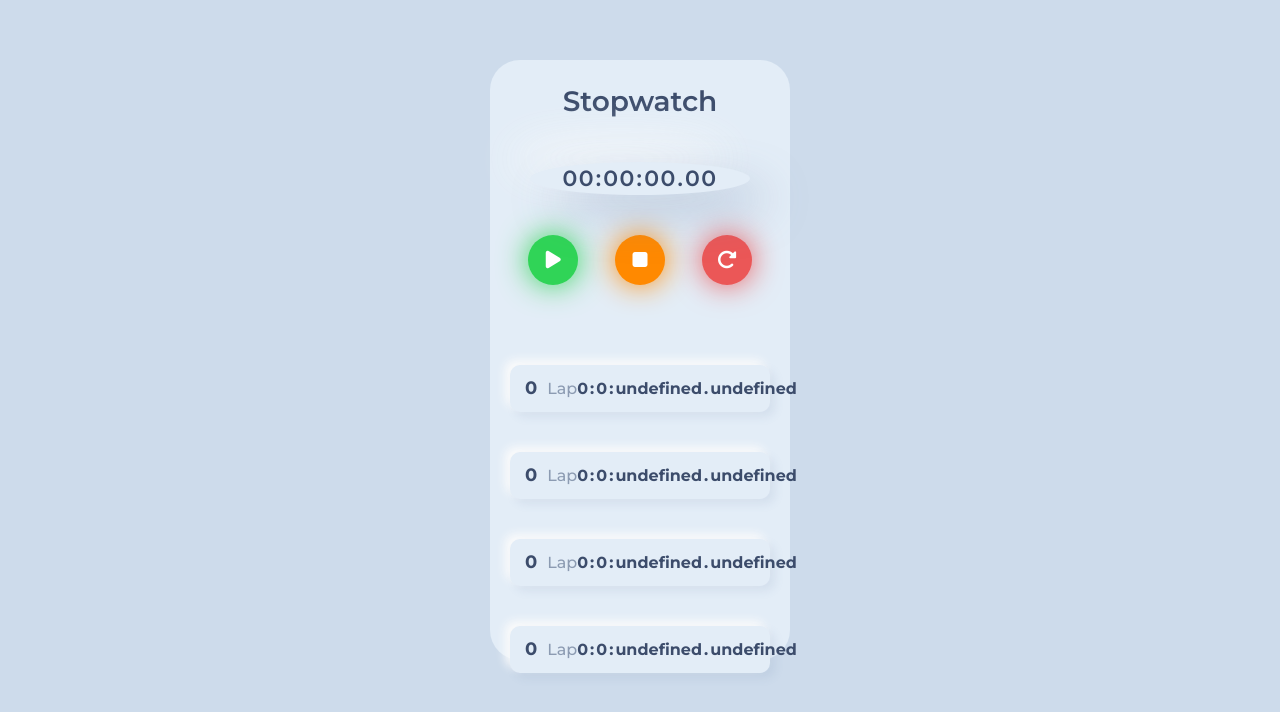
Repository: dinhtri123/stopwatch
Page: index.html
These files come from the project's save history. The page is drawn as it stood at one moment and after a run of saves; the edit follows.
The browser window is 1280 px wide. The pictures show the whole page.
After loading, the first visible `button.btn-reset` was clicked once.

Above is the page before, as saved 2023-01-05 15:02:06.

After the next 2 saves:
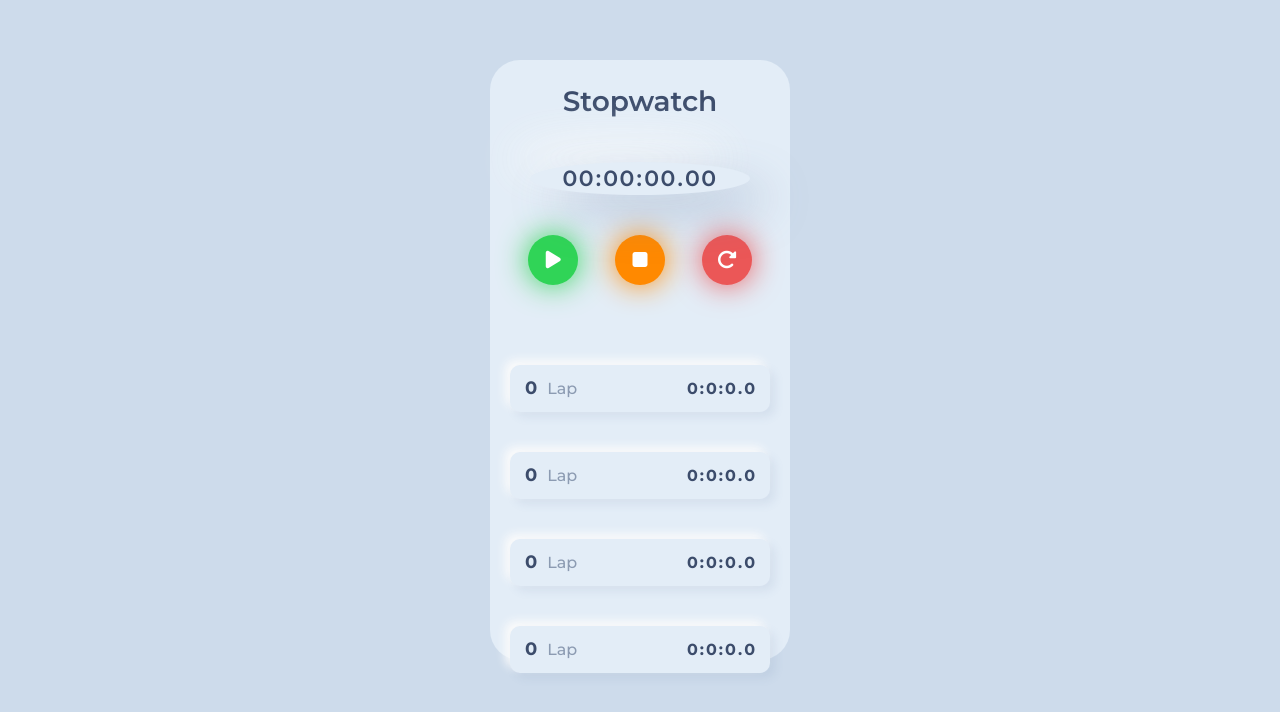
The 2 saves are shown as one change because they came seconds apart.
The last was saved 13 s later.
--- a/index.js
+++ b/index.js
@@ -101,9 +101,9 @@ btnReset.addEventListener("click", function () {
         <span>:</span>
         <p>${getTimerStorage[i][time]}</p>
         <span>:</span>
-        <p>${getTimerStorage[i][2]}</p>
+        <p>${getTimerStorage[i][time]}</p>
         <span>.</span>
-        <p>${getTimerStorage[i][3]}</p>
+        <p>${getTimerStorage[i][time]}</p>
       </div>
     </div>`;
       history.insertAdjacentHTML("afterend", template);
